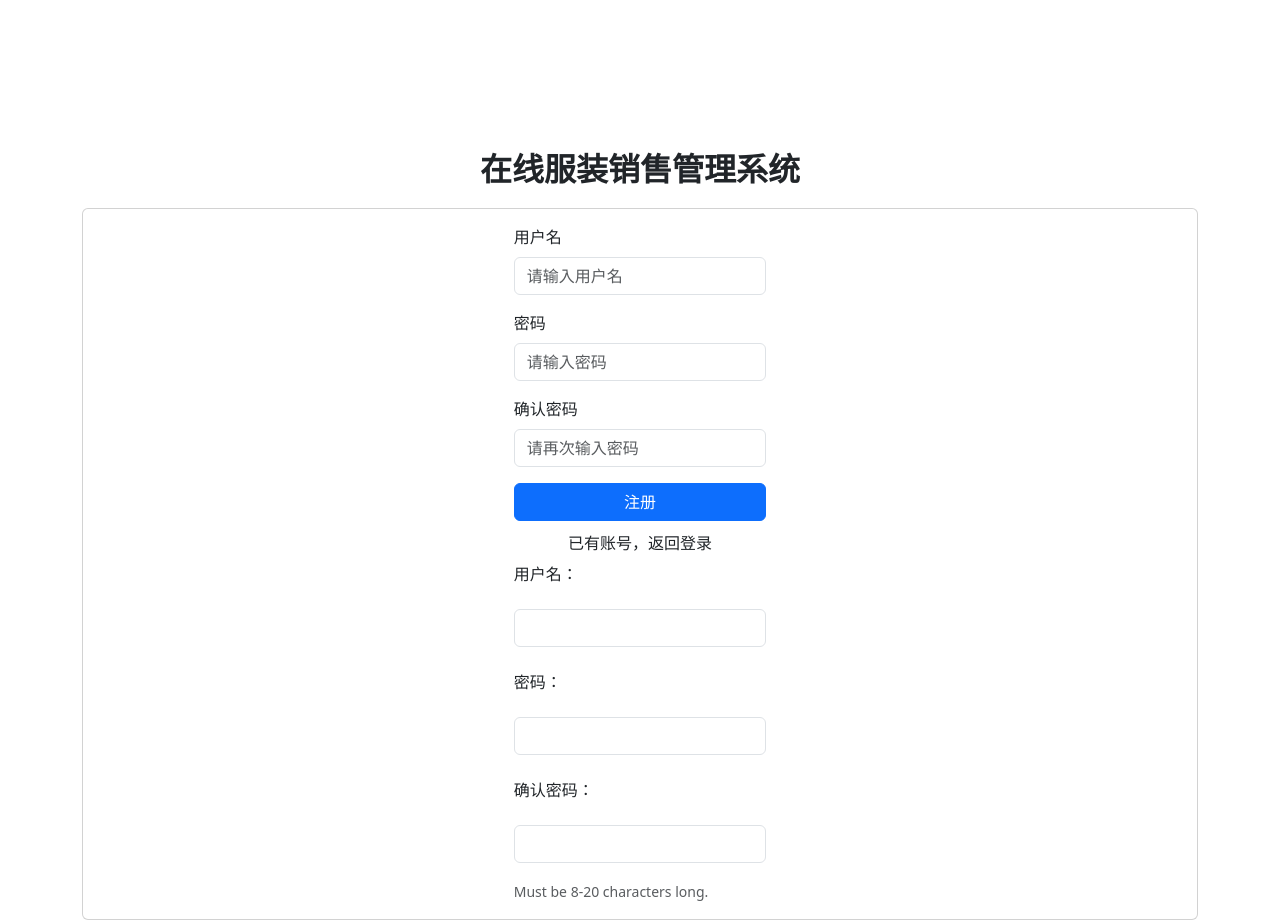
Repository: squawktop/CFS
Page: /user/register (app in web/)
The author's editor kept a copy of each file at every save. The page is drawn from the files as they stood at one save, then again after the next save.
The browser window is 1280 px wide. The pictures show the whole page.
The project was rebuilt for these pictures with package versions that can differ from the ones it lists, and the page was loaded fresh each time. Also part of the build but not shown: web/vue.config.js, web/src/views/LoginView.vue, web/src/components/NavBar.vue, web/src/views/HomeView.vue, web/src/views/UsersManageView.vue, web/src/views/PersonalCenterView.vue, web/src/views/GoodsManageView.vue, web/src/views/OrdersManageView.vue and 1 more.

Above is the page before, as saved 2024-03-23 18:29:52.

### web/src/App.vue
<template>
  <RouterView></RouterView>
</template>

<script>


// 导入bootstrap
import "bootstrap/dist/css/bootstrap.min.css"
import "bootstrap/dist/js/bootstrap"
// import { ref } from "vue";

// import $ from 'jquery';
export default {
  components: {

  }
  ,
  setup() {
    // const user_id = ref("");
    // const username = ref("");
    // const password = ref("");

    // $.ajax({
    //   type: "get",
    //   url: "http://127.0.0.1:3000/user/getlist",
    //   success(resp) {
    //     user_id.value = resp[0].id;
    //     username.value = resp[0].username;
    //     password.value = resp[0].password;

    //   },
    //   error() {
    //     this.user_id = "error"
    //   }
    // })




    return {

    }
  }

}

</script>

<style></style>

### web/src/router/index.js
import { createRouter, createWebHistory } from 'vue-router'
// import HomeView from '../views/HomeView.vue'
import LoginView from '../views/LoginView.vue'
import RegisterView from '../views/RegisterView.vue'
import HomeView from '../views/HomeView.vue'
import UsersManageView from '../views/UsersManageView.vue'
import PersonalCenterView from '../views/PersonalCenterView.vue'
import GoodsManageView from '../views/GoodsManageView.vue'
import OrdersManageView from '../views/OrdersManageView.vue'
import NotFound from '../views/NotFoundView.vue'
import store from '@/store/index'

const routes = [
  {
    path: '/',
    name: 'home',
    component: HomeView,
    // redirect: "/user/register",
    meta: { //该页面是否需要授权      //随便写， 也可以设置为   flag : true;
      requestAuth: true,
    }
  },

  {
    path: '/user/login',
    name: 'user_login',
    component: LoginView,
    meta: {
      requestAuth: false,
    }
  },

  {
    path: '/user/register',
    name: 'user_register',
    component: RegisterView,
    meta: { //该页面是否需要授权
      requestAuth: false,
    }
  },
  {
    path: '/user/personalcenter',
    name: 'personal_center',
    component: PersonalCenterView,
    meta: { //该页面是否需要授权
      requestAuth: true,
    }
  },

  {
    path: '/user/usermanage',
    name: 'user_manage',
    component: UsersManageView,
    meta: { //该页面是否需要授权
      requestAuth: true,
    }
  }
  ,
  {
    path: '/goods/manage',
    name: 'goods_manage',
    component: GoodsManageView,
    meta: { //该页面是否需要授权
      requestAuth: true,
    }
  }, {
    path: '/orders/manage',
    name: 'orders_manage',
    component: OrdersManageView,
    meta: { //该页面是否需要授权
      requestAuth: true,
    }
  },


  {
    path: "/404/",
    name: "404",
    component: NotFound
  },
  {
    path: "/:catchAll(.*)",
    redirect: "/404/",  //页面重定向到404
  }
]

const router = createRouter({
  history: createWebHistory(),
  routes
})

router.beforeEach((to, from, next) => {
  if (to.meta.requestAuth && !store.state.user.is_login) {
    next({ name: "user_login" });
  } else {
    next();
  }
})

export default router

### web/src/store/index.js
import { createStore } from 'vuex'
import ModuleUser from '@/store/user'

export default createStore({
  state: {
  },
  getters: {
  },
  mutations: {
  },
  actions: {
  },
  modules: {
    user: ModuleUser,
  }
})

### web/src/views/RegisterView.vue
<template>
    <div class="background">
        <h2>在线服装销售管理系统</h2>
        <ContentField>
            <div class="row justify-content-md-center">
                <div class="col-3">
                    <form @submit.prevent="register">
                        <div class="mb-3">
                            <label for="username" class="form-label">用户名</label>
                            <input v-model="username" type="text" class="form-control" id="username"
                                placeholder="请输入用户名" />
                        </div>
                        <div class="mb-3">
                            <label for="password" class="form-label">密码</label>
                            <input v-model="password" type="password" class="form-control" id="password"
                                placeholder="请输入密码" />
                        </div>
                        <div class="mb-3">
                            <label for="confirmedPassword" class="form-label">确认密码</label>
                            <input v-model="confirmedPassword" type="password" class="form-control"
                                id="confirmedPassword" placeholder="请再次输入密码" />
                        </div>
                        <div class="error-message">{{ error_message }} </div>
                        <button type="submit" class="btn btn-primary">注册</button>
                        <div class="tip" @click="loginview">已有账号，返回登录</div>




                        <div class="row g-3 align-items-center">
                            <div class="col-auto">
                                <label for="username" class="col-form-label">用户名：</label>
                            </div>
                            <div class="col-auto">
                                <input type="username" id="username" class="form-control">
                            </div>

                            <div class="col-auto">
                                <label for="password" class="col-form-label">密码：</label>
                            </div>
                            <div class="col-auto">
                                <input type="password" id="password" class="form-control">
                            </div>

                            <div class="col-auto">
                                <label for="confirmedPassword" class="col-form-label">确认密码：</label>
                            </div>
                            <div class="col-auto">
                                <input type="password" id="confirmedPassword" class="form-control">
                            </div>

                            <div class="col-auto">
                                <span id="passwordHelpInline" class="form-text">
                                    Must be 8-20 characters long.
                                </span>
                            </div>
                        </div>



                    </form>
                </div>
            </div>
        </ContentField>
    </div>

</template>

<script>
import ContentField from "@/components/ContentField.vue";
import { ElMessage } from 'element-plus'
import { ref } from 'vue'
import router from "@/router/index";
import $ from 'jquery'

export default {
    components: {
        ContentField,
    },
    setup() {
        let username = ref('');
        let password = ref('');
        let confirmedPassword = ref('');
        let error_message = ref('');

        const register = () => {
            $.ajax({
                url: "http://127.0.0.1:3000/api/user/account/register/",
                type: "post",
                data: {
                    username: username.value,
                    password: password.value,
                    confirmedPassword: confirmedPassword.value,
                },
                success(resp) {
                    if (resp.error_message === 'success') {
                        ElMessage.success("注册成功，请登录");
                        router.push({ name: "user_login" });
                    } else {
                        error_message.value = resp.error_message;
                    }
                }
            })
        }

        const loginview = () => {
            router.push({ name: "user_login" });
        }

        return {
            username,
            password,
            confirmedPassword,
            error_message,
            register,
            loginview,
        }
    }
};
</script>

<style scoped>
h2 {

    text-align: center;
    margin-top: 150px;
    font-weight: bold;
}

button {
    width: 100%;
}

div.error-message {
    color: red;
}

.tip {
    cursor: pointer;
    text-align: center;
    margin-top: 10px;

}

.tip:hover {
    text-decoration: underline;
}
</style>

### web/src/store/user.js
import router from '@/router';
import $ from 'jquery'
export default {
    state: {
        id: "",
        username: "",
        photo: "",
        token: "",
        is_login: false,
        pulling_info: true,
    },
    getters: {
    },
    mutations: {        //一般是用来修改数据的
        updateUser(state, user) {
            state.id = user.id;
            state.username = user.username;
            state.photo = user.photo;
            state.is_login = user.is_login;
        },
        updateToken(state, token) {
            state.token = token;
        },
        logout(state) {
            state.id = "";
            state.username = "";
            state.photo = "";
            state.token = "";
            state.is_login = false;
            router.push({ name: "user_login" });
        },
        updatePullingInfo(state, pulling_info) {
            state.pulling_info = pulling_info;
        },
    },

    actions: {

        login(context, data) {
            $.ajax({
                url: "http://127.0.0.1:3000/api/user/account/token/",
                type: "post",
                data: {
                    username: data.username,
                    password: data.password,
                },
                success(resp) {
                    if (resp.error_message === "success") {
                        localStorage.setItem("jwt_token", resp.token);
                        context.commit("updateToken", resp.token);
                        data.success(resp);
                    } else {
                        data.error(resp);
                    }
                },
                error(resp) {
                    data.error(resp)
                },
            });
        },
        getinfo(context, data) {
            $.ajax({
                url: "http://127.0.0.1:3000/api/user/account/info/",
                type: "get",
                headers: {
                    Authorization:
                        "Bearer " + context.state.token,
                },
                success(resp) {
                    if (resp.error_message === "success") {
                        // console.log(resp);
                        context.commit("updateUser", {
                            ...resp,
                            is_login: true,

                        });
                        data.success(resp);
                    } else {
                        data.success(resp);
                    }

                },
                error(resp) {
                    data.error(resp);
                },
            });

        },
        logout(context) {
            localStorage.removeItem("jwt_token");
            context.commit("logout")
        }
    },
    modules: {
    }
}

### web/src/components/ContentField.vue
<template>
    <div class="container content-field">
        <div class="card">
            <div class="card-body">
                <slot></slot>
            </div>
        </div>
    </div>
</template>

<script>
</script>

<style scoped>
div.content-field {
    margin-top: 20px;
}
</style>

Loaded but not shown: web/public/index.html (common file); web/src/main.js (common file)

After the next save:
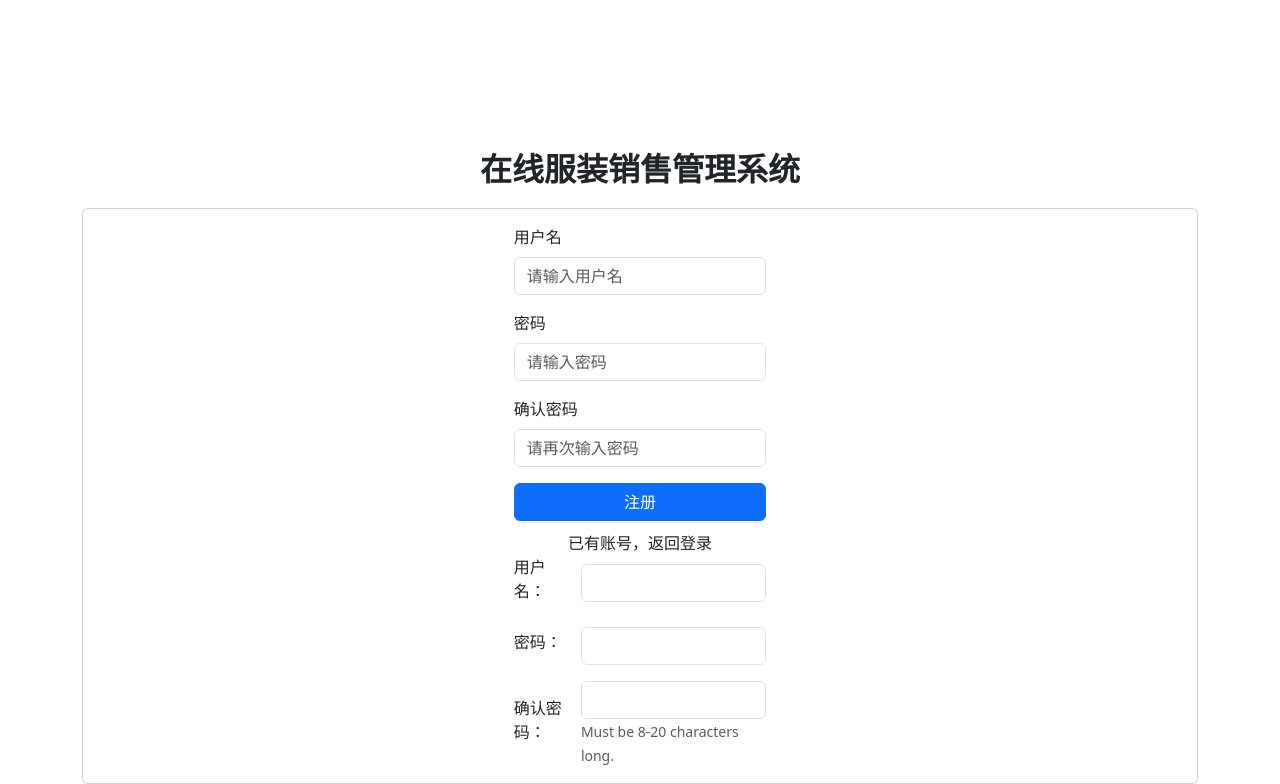
Saved 91 s later.
--- a/web/src/views/RegisterView.vue
+++ b/web/src/views/RegisterView.vue
@@ -28,33 +28,30 @@
 
 
                         <div class="row g-3 align-items-center">
-                            <div class="col-auto">
-                                <label for="username" class="col-form-label">用户名：</label>
-                            </div>
-                            <div class="col-auto">
-                                <input type="username" id="username" class="form-control">
-                            </div>
+    <div class="col-sm-3">
+        <label for="username" class="form-label">用户名：</label>
+    </div>
+    <div class="col-sm-9">
+        <input type="text" id="username" class="form-control">
+    </div>
 
-                            <div class="col-auto">
-                                <label for="password" class="col-form-label">密码：</label>
-                            </div>
-                            <div class="col-auto">
-                                <input type="password" id="password" class="form-control">
-                            </div>
+    <div class="col-sm-3">
+        <label for="password" class="form-label">密码：</label>
+    </div>
+    <div class="col-sm-9">
+        <input type="password" id="password" class="form-control">
+    </div>
 
-                            <div class="col-auto">
-                                <label for="confirmedPassword" class="col-form-label">确认密码：</label>
-                            </div>
-                            <div class="col-auto">
-                                <input type="password" id="confirmedPassword" class="form-control">
-                            </div>
-
-                            <div class="col-auto">
-                                <span id="passwordHelpInline" class="form-text">
-                                    Must be 8-20 characters long.
-                                </span>
-                            </div>
-                        </div>
+    <div class="col-sm-3">
+        <label for="confirmedPassword" class="form-label">确认密码：</label>
+    </div>
+    <div class="col-sm-9">
+        <input type="password" id="confirmedPassword" class="form-control">
+        <span id="passwordHelpInline" class="form-text text-muted">
+            Must be 8-20 characters long.
+        </span>
+    </div>
+</div>
 
 
 
